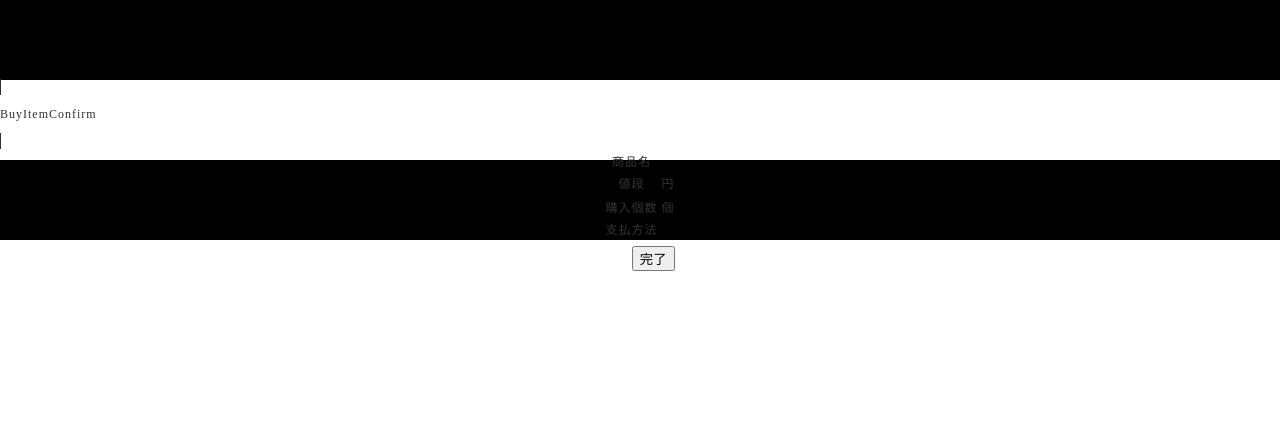
Repository: kazuki000/test
Page: http://localhost/template/buyItemConfirm.jsp
The author's editor kept a copy of each file at every save. The page is drawn from the files as they stood at one save, then again after the next save.
The browser window is 1280 px wide. The pictures show the whole page.
The page is served by Tomcat 9. Other server files are loaded and not shown.

Above is the page before, as saved 2019-04-01 11:48:56.

### template/WebContent/buyItemConfirm.jsp
<%@ page language="java" contentType="text/html; charset=UTF-8"
    pageEncoding="UTF-8"%>
<%@ taglib prefix="s" uri="/struts-tags"%>
<!DOCTYPE html PUBLIC "-//W3C//DTD HTML 4.01 Transitional//EN" "http://www.w3.org/TR/html4/loose.dtd">
<html>
<head>
      <meta http-equiv="Content-Type" content="text/html; charset=UTF-8">
      <meta http-equiv="Content-Style-Type" content="text/css"/>
      <meta http-equiv="Content-Script-Type" content="text/script"/>
      <meta http-equiv="imagetoolbar" content="no"/>
      <mata name="description" content=""/>
      <meta name="keywords" content=""/>
      <title>buyItemConfirm</title>

      <style type="text/css">

      body{
       margin:0;
       padding:0;
       letter-spacing:1px;
       font-familiy:Verdaba,Helvetica,sans-serif;
       font-size:12px;
       color:#333;
       background:#fff;
      }

      table{
       text-align:center;
       margin:0 auto;
      }

      #top{
       width:780px;
       margin:30px auto;
       border:1px solid #333;
      }

      #header{
       width:100%;
       height:80px;
       background-color:black;
      }

      #main{
       width:100%;
       height:80px;
       background=color:black;
       clrear:both;
      }

      #footer{
       width:100%;
       height:80px;
       background-color:black;
       clear:both;
      }

      </style>


</head>
<body>

      <div id="header">
             <div id="pr">
             </div>
      </div>
      <div id="main">
             <dib id="top">
                    <p>BuyItemConfirm</p>
             </dib>
             <div>
                    <s:form action="BuyItemConfirmAction">
                    <table>
                           <tr>
                                    <td>商品名</td>
                                    <td><s:property value="session.buyItem_name"/></td>
                           </tr>
                           <tr>
                                    <td>値段</td>
                                    <td>
                                            <s:property value="session.buyItem_price"/>
                                                       <span>円</span>
                                    </td>
                            <tr>
                            <tr>
                                    <td>購入個数</td>
                                    <td>
                                            <s:property value="session.buItem_stock"/>
                                                       <span>個</span>
                                    </td>
                            </tr>
                            <tr>
                                     <td>支払方法</td>
                                     <td><s:property value="session.buyItem_pay"/></td>
                            </tr>
                            <tr>
                                     <td><s:submit value="完了"/></td>
                            </tr>
                         </table>
                         </s:form>
                    </div>
               </div>
               <div id="footer">
                       <div id="pr">
                       </div>
               </div>
 </body>
</html>

After the next save:
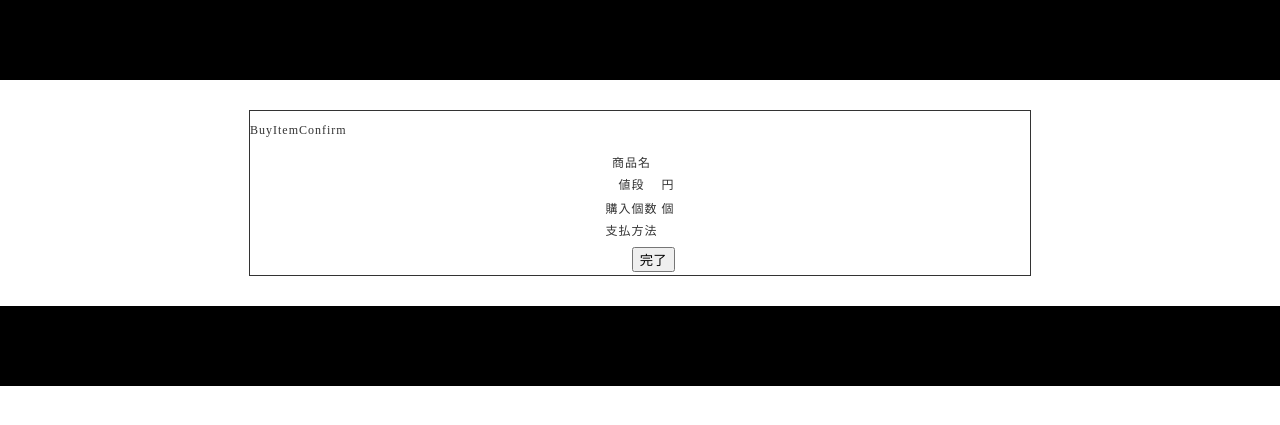
Saved 66 s later.
--- a/template/WebContent/buyItemConfirm.jsp
+++ b/template/WebContent/buyItemConfirm.jsp
@@ -66,7 +66,7 @@
              </div>
       </div>
       <div id="main">
-             <dib id="top">
+             <div id="top">
                     <p>BuyItemConfirm</p>
              </dib>
              <div>

After the save that followed:
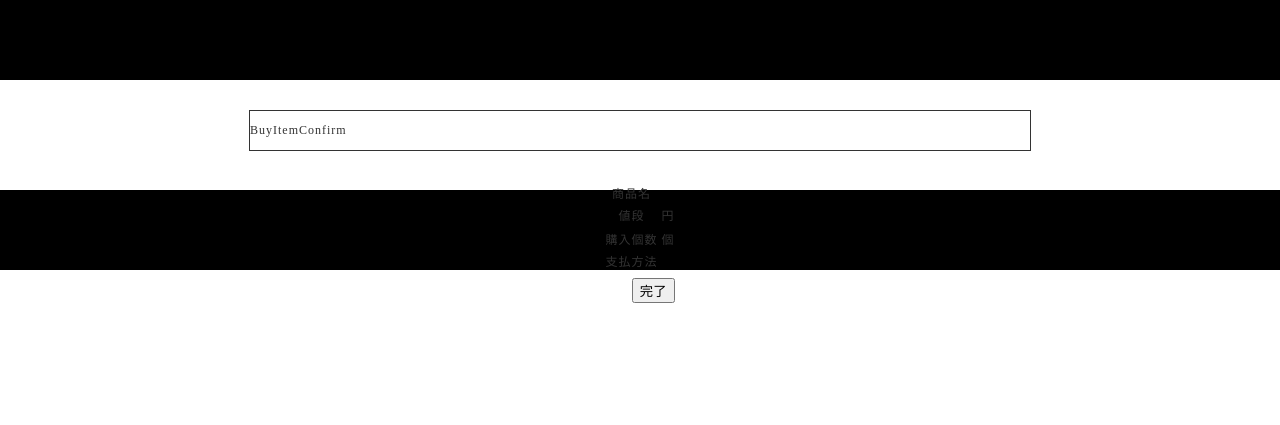
Saved 7 s later.
--- a/template/WebContent/buyItemConfirm.jsp
+++ b/template/WebContent/buyItemConfirm.jsp
@@ -68,7 +68,7 @@
       <div id="main">
              <div id="top">
                     <p>BuyItemConfirm</p>
-             </dib>
+             </div>
              <div>
                     <s:form action="BuyItemConfirmAction">
                     <table>
